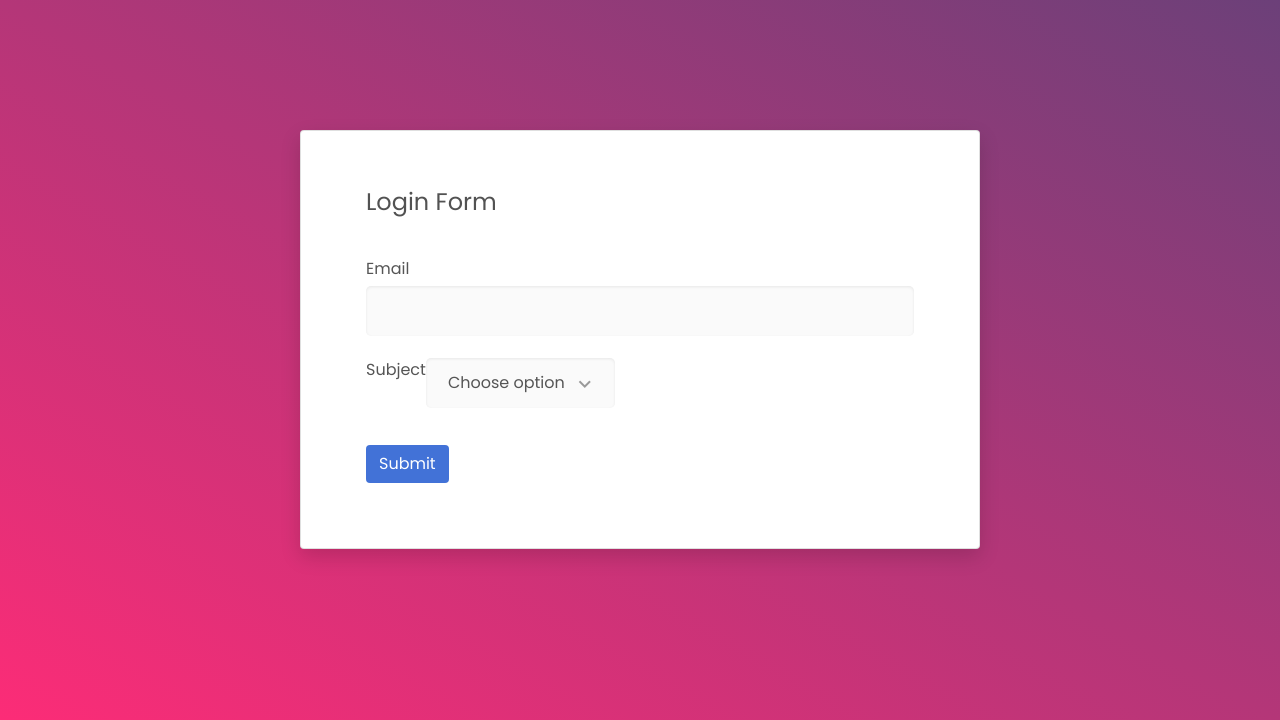
Repository: AbdulRehman0/registration
Page: http://localhost/login.php
These files come from the project's save history. The page is drawn as it stood at one moment and after the next save; the edit follows.
The browser window is 1280 px wide. The pictures show the whole page.
The page is run by PHP 8.4 with error messages shown; the project is at /var/www/html/. Other server files are loaded and not shown.

Above is the page before, as saved 2021-01-05 15:19:22.

### login.php
<?php
include "./templates/header.php";
?>
<body>
    <div class="page-wrapper bg-gra-02 p-t-130 p-b-100 font-poppins">
        <div class="wrapper wrapper--w680">
            <div class="card card-4">
                <div class="card-body">
                    <h2 class="title">Login Form</h2>
                    <form method="POST">


                        <div class="row row-space">
                            <div class="col-12">
                                <div class="input-group">
                                    <label class="label">Email</label>
                                    <input class="input--style-4" type="email" name="email">
                                </div>
                            </div>
                        </div>
                        <div class="input-group">
                            <label class="label">Subject</label>
                            <div class="rs-select2 js-select-simple select--no-search">
                                <select name="subject">
                                    <option disabled="disabled" selected="selected">Choose option</option>
                                    <option>Subject 1</option>
                                    <option>Subject 2</option>
                                    <option>Subject 3</option>
                                </select>
                                <div class="select-dropdown"></div>
                            </div>
                        </div>
                        <div class="p-t-15">
                            <button class="btn btn--radius-2 btn--blue" type="submit">Submit</button>
                        </div>
                    </form>
                </div>
            </div>
        </div>
    </div>

</body><!-- This templates was made by Colorlib (https://colorlib.com) -->

<?php
include "./templates/footer.php";
?>

### templates/header.php
<!DOCTYPE html>
<html lang="en">

<head>
    <!-- Required meta tags-->
    <meta charset="UTF-8">
    <meta name="viewport" content="width=device-width, initial-scale=1, shrink-to-fit=no">
    <meta name="description" content="Colorlib Templates">
    <meta name="author" content="Colorlib">
    <meta name="keywords" content="Colorlib Templates">

    <!-- Title Page-->
    <title>Au Register Forms by Colorlib</title>

    <!-- Icons font CSS-->
    <link href="vendor/mdi-font/css/material-design-iconic-font.min.css" rel="stylesheet" media="all">
    <link href="vendor/font-awesome-4.7/css/font-awesome.min.css" rel="stylesheet" media="all">
    <!-- Font special for pages-->
    <link href="https://fonts.googleapis.com/css?family=Poppins:100,100i,200,200i,300,300i,400,400i,500,500i,600,600i,700,700i,800,800i,900,900i" rel="stylesheet">

    <!-- Vendor CSS-->
    <link href="vendor/select2/select2.min.css" rel="stylesheet" media="all">
    <link href="vendor/datepicker/daterangepicker.css" rel="stylesheet" media="all">

    <!-- Main CSS-->
    <link href="./assets/css/app.css" rel="stylesheet" media="all">
    <link rel="stylesheet" href="https://maxcdn.bootstrapcdn.com/bootstrap/4.0.0/css/bootstrap.min.css" integrity="sha384-Gn5384xqQ1aoWXA+058RXPxPg6fy4IWvTNh0E263XmFcJlSAwiGgFAW/dAiS6JXm" crossorigin="anonymous">
</head>

### templates/footer.php

</html>
<!-- end document-->
<!-- Jquery JS-->
<script src="vendor/jquery/jquery.min.js"></script>
    <!-- Vendor JS-->
    <script src="vendor/select2/select2.min.js"></script>
    <script src="vendor/datepicker/moment.min.js"></script>
    <script src="vendor/datepicker/daterangepicker.js"></script>

    <!-- Main JS-->
    <script src="./assets/js/app.js"></script>

### assets/css/app.css

/* ==========================================================================
   #FONT
   ========================================================================== */
   .font-robo {
    font-family: "Roboto", "Arial", "Helvetica Neue", sans-serif;
  }

  .font-poppins {
    font-family: "Poppins", "Arial", "Helvetica Neue", sans-serif;
  }

  /* ==========================================================================
     #GRID
     ========================================================================== */
  .row {
    display: -webkit-box;
    display: -webkit-flex;
    display: -moz-box;
    display: -ms-flexbox;
    display: flex;
    -webkit-flex-wrap: wrap;
    -ms-flex-wrap: wrap;
    flex-wrap: wrap;
  }

  .row-space {
    -webkit-box-pack: justify;
    -webkit-justify-content: space-between;
    -moz-box-pack: justify;
    -ms-flex-pack: justify;
    justify-content: space-between;
  }

  .col-2 {
    width: -webkit-calc((100% - 30px) / 2);
    width: -moz-calc((100% - 30px) / 2);
    width: calc((100% - 30px) / 2);
  }

  @media (max-width: 767px) {
    .col-2 {
      width: 100%;
    }
  }

  /* ==========================================================================
     #BOX-SIZING
     ========================================================================== */
  /**
   * More sensible default box-sizing:
   * css-tricks.com/inheriting-box-sizing-probably-slightly-better-best-practice
   */
  html {
    -webkit-box-sizing: border-box;
    -moz-box-sizing: border-box;
    box-sizing: border-box;
  }

  * {
    padding: 0;
    margin: 0;
  }

  *, *:before, *:after {
    -webkit-box-sizing: inherit;
    -moz-box-sizing: inherit;
    box-sizing: inherit;
  }

  /* ==========================================================================
     #RESET
     ========================================================================== */
  /**
   * A very simple reset that sits on top of Normalize.css.
   */
  body,
  h1, h2, h3, h4, h5, h6,
  blockquote, p, pre,
  dl, dd, ol, ul,
  figure,
  hr,
  fieldset, legend {
    margin: 0;
    padding: 0;
  }

  /**
   * Remove trailing margins from nested lists.
   */
  li > ol,
  li > ul {
    margin-bottom: 0;
  }

  /**
   * Remove default table spacing.
   */
  table {
    border-collapse: collapse;
    border-spacing: 0;
  }

  /**
   * 1. Reset Chrome and Firefox behaviour which sets a `min-width: min-content;`
   *    on fieldsets.
   */
  fieldset {
    min-width: 0;
    /* [1] */
    border: 0;
  }

  button {
    outline: none;
    background: none;
    border: none;
  }

  /* ==========================================================================
     #PAGE WRAPPER
     ========================================================================== */
  .page-wrapper {
    min-height: 100vh;
  }

  body {
    font-family: "Poppins", "Arial", "Helvetica Neue", sans-serif;
    font-weight: 400;
    font-size: 14px;
  }

  h1, h2, h3, h4, h5, h6 {
    font-weight: 400;
  }

  h1 {
    font-size: 36px;
  }

  h2 {
    font-size: 30px;
  }

  h3 {
    font-size: 24px;
  }

  h4 {
    font-size: 18px;
  }

  h5 {
    font-size: 15px;
  }

  h6 {
    font-size: 13px;
  }

  /* ==========================================================================
     #BACKGROUND
     ========================================================================== */
  .bg-blue {
    background: #2c6ed5;
  }

  .bg-red {
    background: #fa4251;
  }

  .bg-gra-01 {
    background: -webkit-gradient(linear, left bottom, left top, from(#fbc2eb), to(#a18cd1));
    background: -webkit-linear-gradient(bottom, #fbc2eb 0%, #a18cd1 100%);
    background: -moz-linear-gradient(bottom, #fbc2eb 0%, #a18cd1 100%);
    background: -o-linear-gradient(bottom, #fbc2eb 0%, #a18cd1 100%);
    background: linear-gradient(to top, #fbc2eb 0%, #a18cd1 100%);
  }

  .bg-gra-02 {
    background: -webkit-gradient(linear, left bottom, right top, from(#fc2c77), to(#6c4079));
    background: -webkit-linear-gradient(bottom left, #fc2c77 0%, #6c4079 100%);
    background: -moz-linear-gradient(bottom left, #fc2c77 0%, #6c4079 100%);
    background: -o-linear-gradient(bottom left, #fc2c77 0%, #6c4079 100%);
    background: linear-gradient(to top right, #fc2c77 0%, #6c4079 100%);
  }

  /* ==========================================================================
     #SPACING
     ========================================================================== */
  .p-t-100 {
    padding-top: 100px;
  }

  .p-t-130 {
    padding-top: 130px;
  }

  .p-t-180 {
    padding-top: 180px;
  }

  .p-t-20 {
    padding-top: 20px;
  }

  .p-t-15 {
    padding-top: 15px;
  }

  .p-t-10 {
    padding-top: 10px;
  }

  .p-t-30 {
    padding-top: 30px;
  }

  .p-b-100 {
    padding-bottom: 100px;
  }

  .m-r-45 {
    margin-right: 45px;
  }

  /* ==========================================================================
     #WRAPPER
     ========================================================================== */
  .wrapper {
    margin: 0 auto;
  }

  .wrapper--w960 {
    max-width: 960px;
  }

  .wrapper--w780 {
    max-width: 780px;
  }

  .wrapper--w680 {
    max-width: 680px;
  }

  /* ==========================================================================
     #BUTTON
     ========================================================================== */
  .btn {
    display: inline-block;
    line-height: 50px;
    padding: 0 50px;
    -webkit-transition: all 0.4s ease;
    -o-transition: all 0.4s ease;
    -moz-transition: all 0.4s ease;
    transition: all 0.4s ease;
    cursor: pointer;
    font-size: 18px;
    color: #fff;
    font-family: "Poppins", "Arial", "Helvetica Neue", sans-serif;
  }

  .btn--radius {
    -webkit-border-radius: 3px;
    -moz-border-radius: 3px;
    border-radius: 3px;
  }

  .btn--radius-2 {
    -webkit-border-radius: 5px;
    -moz-border-radius: 5px;
    border-radius: 5px;
  }

  .btn--pill {
    -webkit-border-radius: 20px;
    -moz-border-radius: 20px;
    border-radius: 20px;
  }

  .btn--green {
    background: #57b846;
  }

  .btn--green:hover {
    background: #4dae3c;
  }

  .btn--blue {
    background: #4272d7;
  }

  .btn--blue:hover {
    background: #3868cd;
  }

  /* ==========================================================================
     #DATE PICKER
     ========================================================================== */
  td.active {
    background-color: #2c6ed5;
  }

  input[type="date" i] {
    padding: 14px;
  }

  .table-condensed td, .table-condensed th {
    font-size: 14px;
    font-family: "Roboto", "Arial", "Helvetica Neue", sans-serif;
    font-weight: 400;
  }

  .daterangepicker td {
    width: 40px;
    height: 30px;
  }

  .daterangepicker {
    border: none;
    -webkit-box-shadow: 0px 8px 20px 0px rgba(0, 0, 0, 0.15);
    -moz-box-shadow: 0px 8px 20px 0px rgba(0, 0, 0, 0.15);
    box-shadow: 0px 8px 20px 0px rgba(0, 0, 0, 0.15);
    display: none;
    border: 1px solid #e0e0e0;
    margin-top: 5px;
  }

  .daterangepicker::after, .daterangepicker::before {
    display: none;
  }

  .daterangepicker thead tr th {
    padding: 10px 0;
  }

  .daterangepicker .table-condensed th select {
    border: 1px solid #ccc;
    -webkit-border-radius: 3px;
    -moz-border-radius: 3px;
    border-radius: 3px;
    font-size: 14px;
    padding: 5px;
    outline: none;
  }

  /* ==========================================================================
     #FORM
     ========================================================================== */
  input {
    outline: none;
    margin: 0;
    border: none;
    -webkit-box-shadow: none;
    -moz-box-shadow: none;
    box-shadow: none;
    width: 100%;
    font-size: 14px;
    font-family: inherit;
  }

  .input--style-4 {
    line-height: 50px;
    background: #fafafa;
    -webkit-box-shadow: inset 0px 1px 3px 0px rgba(0, 0, 0, 0.08);
    -moz-box-shadow: inset 0px 1px 3px 0px rgba(0, 0, 0, 0.08);
    box-shadow: inset 0px 1px 3px 0px rgba(0, 0, 0, 0.08);
    -webkit-border-radius: 5px;
    -moz-border-radius: 5px;
    border-radius: 5px;
    padding: 0 20px;
    font-size: 16px;
    color: #666;
    -webkit-transition: all 0.4s ease;
    -o-transition: all 0.4s ease;
    -moz-transition: all 0.4s ease;
    transition: all 0.4s ease;
  }

  .input--style-4::-webkit-input-placeholder {
    /* WebKit, Blink, Edge */
    color: #666;
  }

  .input--style-4:-moz-placeholder {
    /* Mozilla Firefox 4 to 18 */
    color: #666;
    opacity: 1;
  }

  .input--style-4::-moz-placeholder {
    /* Mozilla Firefox 19+ */
    color: #666;
    opacity: 1;
  }

  .input--style-4:-ms-input-placeholder {
    /* Internet Explorer 10-11 */
    color: #666;
  }

  .input--style-4:-ms-input-placeholder {
    /* Microsoft Edge */
    color: #666;
  }

  .label {
    font-size: 16px;
    color: #555;
    text-transform: capitalize;
    display: block;
    margin-bottom: 5px;
  }

  .radio-container {
    display: inline-block;
    position: relative;
    padding-left: 30px;
    cursor: pointer;
    font-size: 16px;
    color: #666;
    -webkit-user-select: none;
    -moz-user-select: none;
    -ms-user-select: none;
    user-select: none;
  }

  .radio-container input {
    position: absolute;
    opacity: 0;
    cursor: pointer;
  }

  .radio-container input:checked ~ .checkmark {
    background-color: #e5e5e5;
  }

  .radio-container input:checked ~ .checkmark:after {
    display: block;
  }

  .radio-container .checkmark:after {
    top: 50%;
    left: 50%;
    -webkit-transform: translate(-50%, -50%);
    -moz-transform: translate(-50%, -50%);
    -ms-transform: translate(-50%, -50%);
    -o-transform: translate(-50%, -50%);
    transform: translate(-50%, -50%);
    width: 12px;
    height: 12px;
    -webkit-border-radius: 50%;
    -moz-border-radius: 50%;
    border-radius: 50%;
    background: #57b846;
  }

  .checkmark {
    position: absolute;
    top: 50%;
    -webkit-transform: translateY(-50%);
    -moz-transform: translateY(-50%);
    -ms-transform: translateY(-50%);
    -o-transform: translateY(-50%);
    transform: translateY(-50%);
    left: 0;
    height: 20px;
    width: 20px;
    background-color: #e5e5e5;
    -webkit-border-radius: 50%;
    -moz-border-radius: 50%;
    border-radius: 50%;
    -webkit-box-shadow: inset 0px 1px 3px 0px rgba(0, 0, 0, 0.08);
    -moz-box-shadow: inset 0px 1px 3px 0px rgba(0, 0, 0, 0.08);
    box-shadow: inset 0px 1px 3px 0px rgba(0, 0, 0, 0.08);
  }

  .checkmark:after {
    content: "";
    position: absolute;
    display: none;
  }

  .input-group {
    position: relative;
    margin-bottom: 22px;
  }

  .input-group-icon {
    position: relative;
  }

  .input-icon {
    position: absolute;
    font-size: 18px;
    color: #999;
    right: 18px;
    top: 50%;
    -webkit-transform: translateY(-50%);
    -moz-transform: translateY(-50%);
    -ms-transform: translateY(-50%);
    -o-transform: translateY(-50%);
    transform: translateY(-50%);
    cursor: pointer;
  }

  /* ==========================================================================
     #SELECT2
     ========================================================================== */
  .select--no-search .select2-search {
    display: none !important;
  }

  .rs-select2 .select2-container {
    width: 100% !important;
    outline: none;
    background: #fafafa;
    -webkit-box-shadow: inset 0px 1px 3px 0px rgba(0, 0, 0, 0.08);
    -moz-box-shadow: inset 0px 1px 3px 0px rgba(0, 0, 0, 0.08);
    box-shadow: inset 0px 1px 3px 0px rgba(0, 0, 0, 0.08);
    -webkit-border-radius: 5px;
    -moz-border-radius: 5px;
    border-radius: 5px;
  }

  .rs-select2 .select2-container .select2-selection--single {
    outline: none;
    border: none;
    height: 50px;
    background: transparent;
  }

  .rs-select2 .select2-container .select2-selection--single .select2-selection__rendered {
    line-height: 50px;
    padding-left: 0;
    color: #555;
    font-size: 16px;
    font-family: inherit;
    padding-left: 22px;
    padding-right: 50px;
  }

  .rs-select2 .select2-container .select2-selection--single .select2-selection__arrow {
    height: 50px;
    right: 20px;
    display: -webkit-box;
    display: -webkit-flex;
    display: -moz-box;
    display: -ms-flexbox;
    display: flex;
    -webkit-box-pack: center;
    -webkit-justify-content: center;
    -moz-box-pack: center;
    -ms-flex-pack: center;
    justify-content: center;
    -webkit-box-align: center;
    -webkit-align-items: center;
    -moz-box-align: center;
    -ms-flex-align: center;
    align-items: center;
  }

  .rs-select2 .select2-container .select2-selection--single .select2-selection__arrow b {
    display: none;
  }

  .rs-select2 .select2-container .select2-selection--single .select2-selection__arrow:after {
    font-family: "Material-Design-Iconic-Font";
    content: '\f2f9';
    font-size: 24px;
    color: #999;
    -webkit-transition: all 0.4s ease;
    -o-transition: all 0.4s ease;
    -moz-transition: all 0.4s ease;
    transition: all 0.4s ease;
  }

  .rs-select2 .select2-container.select2-container--open .select2-selection--single .select2-selection__arrow::after {
    -webkit-transform: rotate(-180deg);
    -moz-transform: rotate(-180deg);
    -ms-transform: rotate(-180deg);
    -o-transform: rotate(-180deg);
    transform: rotate(-180deg);
  }

  .select2-container--open .select2-dropdown--below {
    border: none;
    -webkit-border-radius: 3px;
    -moz-border-radius: 3px;
    border-radius: 3px;
    -webkit-box-shadow: 0px 8px 20px 0px rgba(0, 0, 0, 0.15);
    -moz-box-shadow: 0px 8px 20px 0px rgba(0, 0, 0, 0.15);
    box-shadow: 0px 8px 20px 0px rgba(0, 0, 0, 0.15);
    border: 1px solid #e0e0e0;
    margin-top: 5px;
    overflow: hidden;
  }

  .select2-container--default .select2-results__option {
    padding-left: 22px;
  }

  /* ==========================================================================
     #TITLE
     ========================================================================== */
  .title {
    font-size: 24px;
    color: #525252;
    font-weight: 400;
    margin-bottom: 40px;
  }

  /* ==========================================================================
     #CARD
     ========================================================================== */
  .card {
    -webkit-border-radius: 3px;
    -moz-border-radius: 3px;
    border-radius: 3px;
    background: #fff;
  }

  .card-4 {
    background: #fff;
    -webkit-border-radius: 10px;
    -moz-border-radius: 10px;
    border-radius: 10px;
    -webkit-box-shadow: 0px 8px 20px 0px rgba(0, 0, 0, 0.15);
    -moz-box-shadow: 0px 8px 20px 0px rgba(0, 0, 0, 0.15);
    box-shadow: 0px 8px 20px 0px rgba(0, 0, 0, 0.15);
  }

  .card-4 .card-body {
    padding: 57px 65px;
    padding-bottom: 65px;
  }

  @media (max-width: 767px) {
    .card-4 .card-body {
      padding: 50px 40px;
    }
  }

### assets/js/app.js
(function ($) {
  'use strict';
  /*==================================================================
      [ Daterangepicker ]*/
  try {
      $('.js-datepicker').daterangepicker({
          "singleDatePicker": true,
          "showDropdowns": true,
          "autoUpdateInput": false,
          locale: {
              format: 'DD/MM/YYYY'
          },
      });

      var myCalendar = $('.js-datepicker');
      var isClick = 0;

      $(window).on('click',function(){
          isClick = 0;
      });

      $(myCalendar).on('apply.daterangepicker',function(ev, picker){
          isClick = 0;
          $(this).val(picker.startDate.format('DD/MM/YYYY'));

      });

      $('.js-btn-calendar').on('click',function(e){
          e.stopPropagation();

          if(isClick === 1) isClick = 0;
          else if(isClick === 0) isClick = 1;

          if (isClick === 1) {
              myCalendar.focus();
          }
      });

      $(myCalendar).on('click',function(e){
          e.stopPropagation();
          isClick = 1;
      });

      $('.daterangepicker').on('click',function(e){
          e.stopPropagation();
      });


  } catch(er) {console.log(er);}
  /*[ Select 2 Config ]
      ===========================================================*/

  try {
      var selectSimple = $('.js-select-simple');

      selectSimple.each(function () {
          var that = $(this);
          var selectBox = that.find('select');
          var selectDropdown = that.find('.select-dropdown');
          selectBox.select2({
              dropdownParent: selectDropdown
          });
      });

  } catch (err) {
      console.log(err);
  }


})(jQuery);

After the next save:
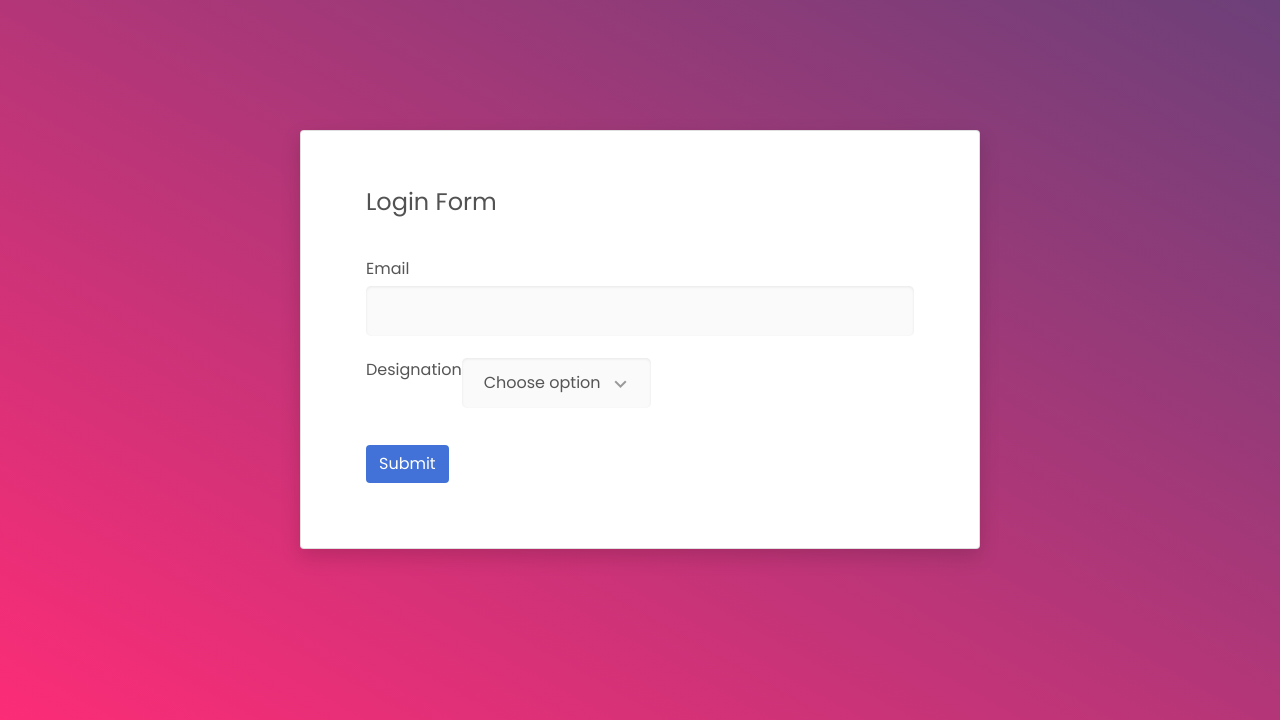
Saved 2 min 3 s later.
--- a/login.php
+++ b/login.php
@@ -11,25 +11,27 @@ include "./templates/header.php";
 
 
                         <div class="row row-space">
-                            <div class="col-12">
+                            <div class="col-md-12">
                                 <div class="input-group">
                                     <label class="label">Email</label>
                                     <input class="input--style-4" type="email" name="email">
                                 </div>
                             </div>
                         </div>
+                        <div>
                         <div class="input-group">
-                            <label class="label">Subject</label>
+                            <label class="label">Designation</label>
                             <div class="rs-select2 js-select-simple select--no-search">
                                 <select name="subject">
                                     <option disabled="disabled" selected="selected">Choose option</option>
-                                    <option>Subject 1</option>
-                                    <option>Subject 2</option>
-                                    <option>Subject 3</option>
+                                    <option value="1">Admin</option>
+                                    <option value="2">Editor</option>
                                 </select>
                                 <div class="select-dropdown"></div>
                             </div>
                         </div>
+                        </div>
+
                         <div class="p-t-15">
                             <button class="btn btn--radius-2 btn--blue" type="submit">Submit</button>
                         </div>
